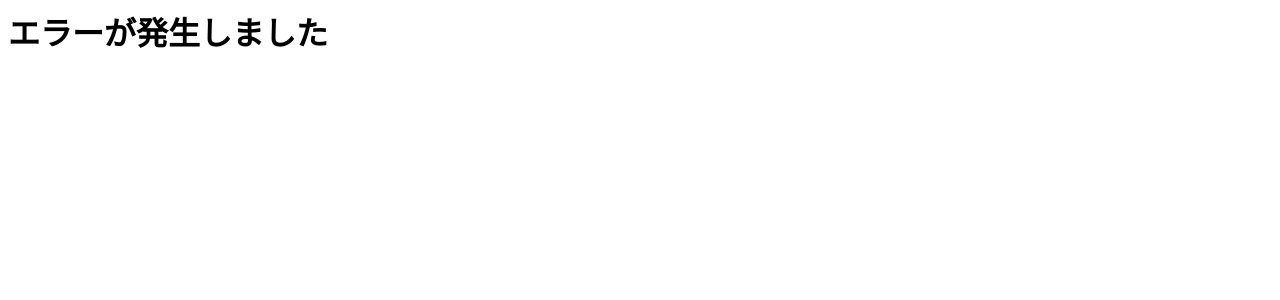
Repository: miyazato0410/test
Page: http://localhost/WebProj3/helloStrutsError.jsp
These files come from the project's save history. The page is drawn as it stood at one moment and after the next save; the edit follows.
The browser window is 1280 px wide. The pictures show the whole page.
The page is served by Tomcat 9. Other server files are loaded and not shown.

Above is the page before, as saved 2019-10-23 12:17:40.

### WebProj3/WebContent/helloStrutsError.jsp
<%@ page language="java" contentType="text/html; charset=UTF-8"
 pageEncoding="UTF-8"%>
<%@ taglib prefix="s" uri="/struts-tags"%>
<!DOCTYPE>
<html>
<head>
<meta charset="UTF-8">
<title>HelloStrutsError</title>
</head>
<body>
<h1>エラーが発生しました</h1>
<br>
<h3><s:property value="result" /></h3>
</body>
</html>

After the next save:
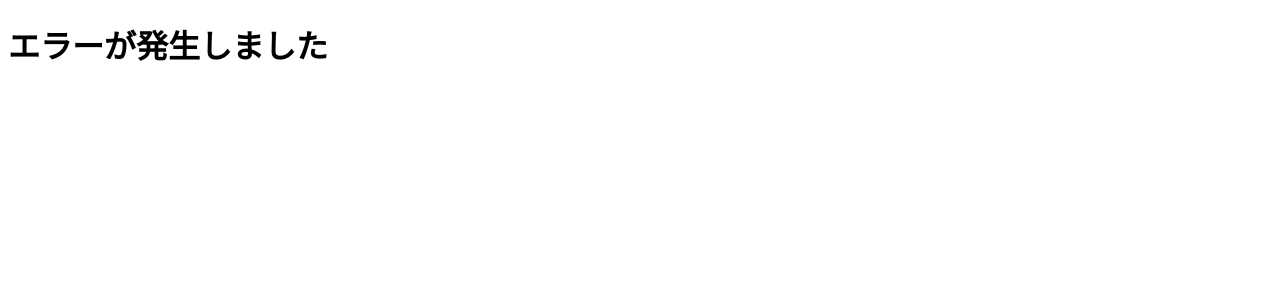
Saved 111 s later.
--- a/WebProj3/WebContent/helloStrutsError.jsp
+++ b/WebProj3/WebContent/helloStrutsError.jsp
@@ -1,7 +1,7 @@
 <%@ page language="java" contentType="text/html; charset=UTF-8"
- pageEncoding="UTF-8"%>
-<%@ taglib prefix="s" uri="/struts-tags"%>
-<!DOCTYPE>
+    pageEncoding="UTF-8"%>
+<%@ taglib prefix="s" uri="/struts-tags" %>
+<!DOCTYPE html>
 <html>
 <head>
 <meta charset="UTF-8">
@@ -10,6 +10,5 @@
 <body>
 <h1>エラーが発生しました</h1>
 <br>
-<h3><s:property value="result" /></h3>
+<h3><s:property value="result"/></h3>
 </body>
-</html>
